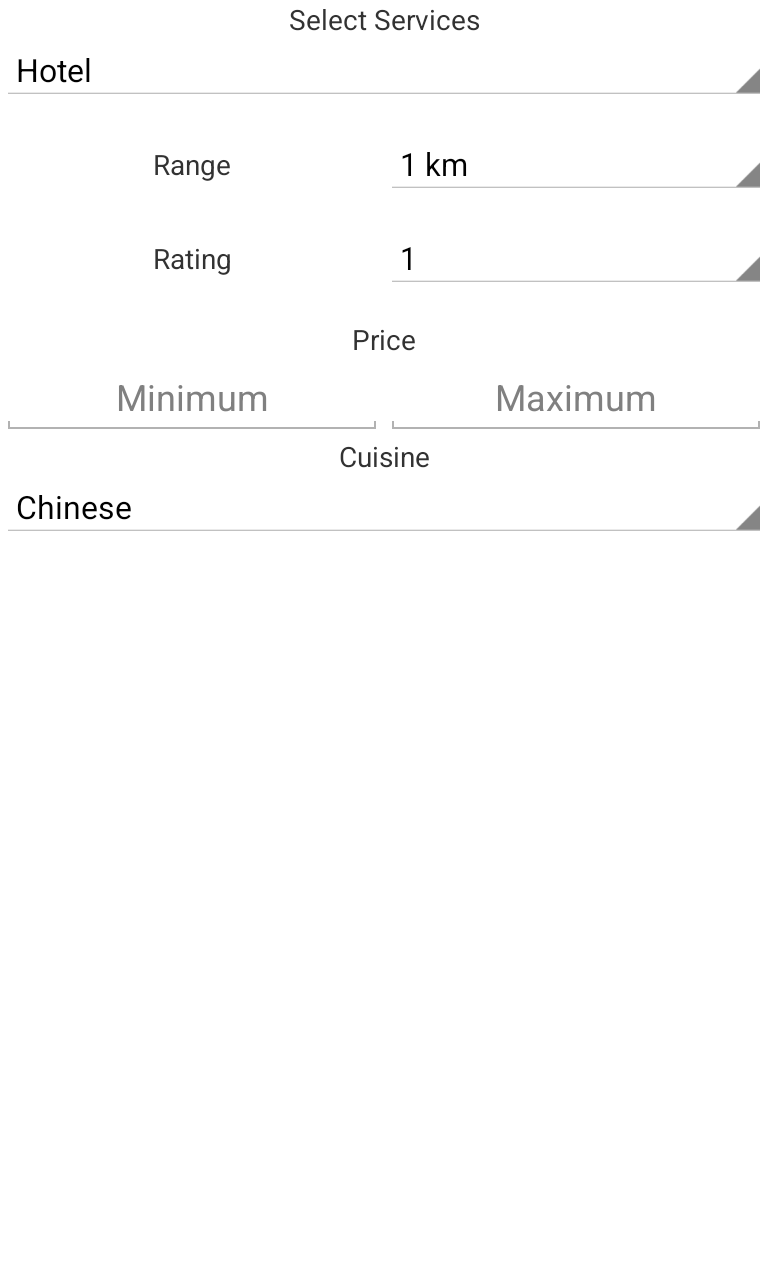
Repository: AungWinnHtut/projAndroid
Layout: com.engineer4myanmar.json.MainActivity/res/layout/activity_search.xml
The author's editor kept a copy of each file at every save. The layout is drawn from the files as they stood at one save, then again after the next save.
It is drawn on a 768 x 1280 px phone screen (xhdpi) without system bars, with theme AppTheme; the app's code is not run.

Above is the layout before, as saved 2015-08-23 11:24:37.

After the next save:
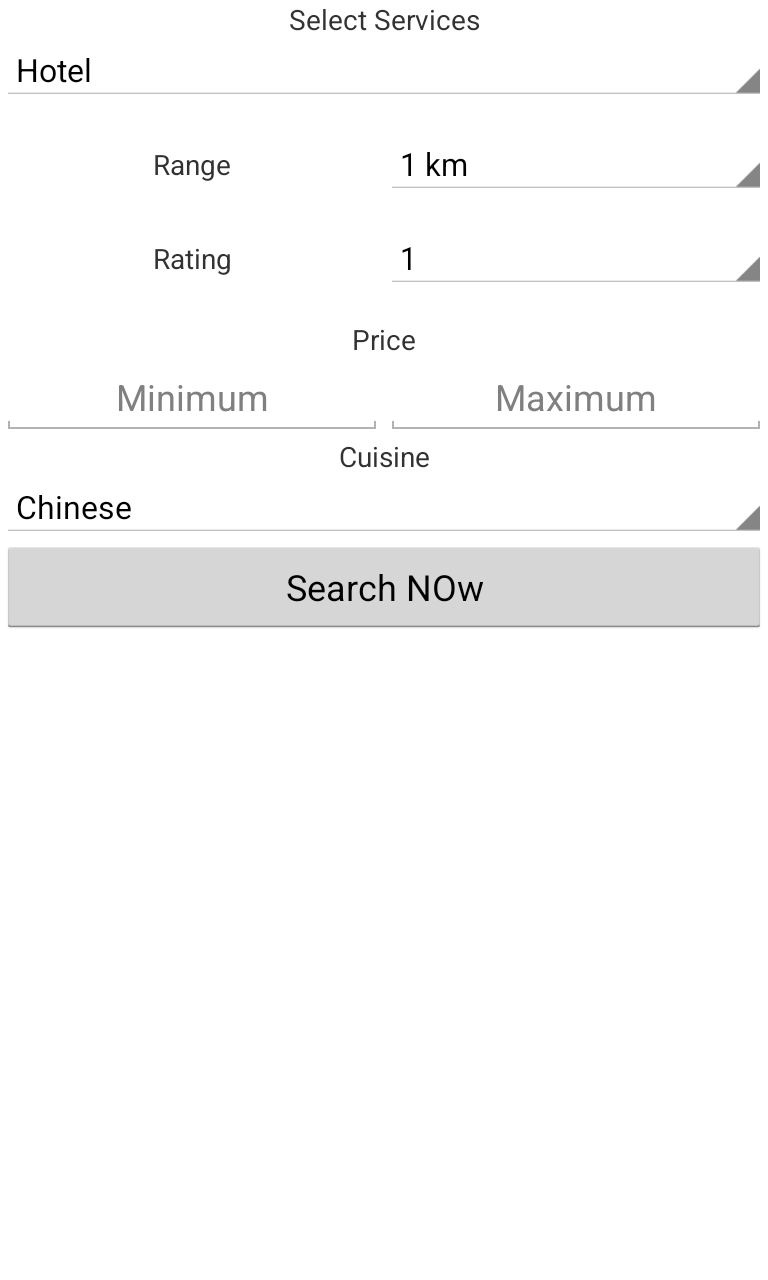
Saved 38 s later.
--- a/com.engineer4myanmar.json.MainActivity/res/layout/activity_search.xml
+++ b/com.engineer4myanmar.json.MainActivity/res/layout/activity_search.xml
@@ -134,4 +134,17 @@
             android:prompt="@string/cuisine_prompt" />
     </LinearLayout>
 
+<LinearLayout
+        android:layout_width="match_parent"
+        android:layout_height="wrap_content"
+        android:orientation="vertical" >
+
+        <Button
+            android:layout_width="match_parent"
+            android:layout_height="wrap_content"
+            android:layout_gravity="center"
+            android:gravity="center"
+            android:text="Search NOw" />
+
+
 </LinearLayout>
